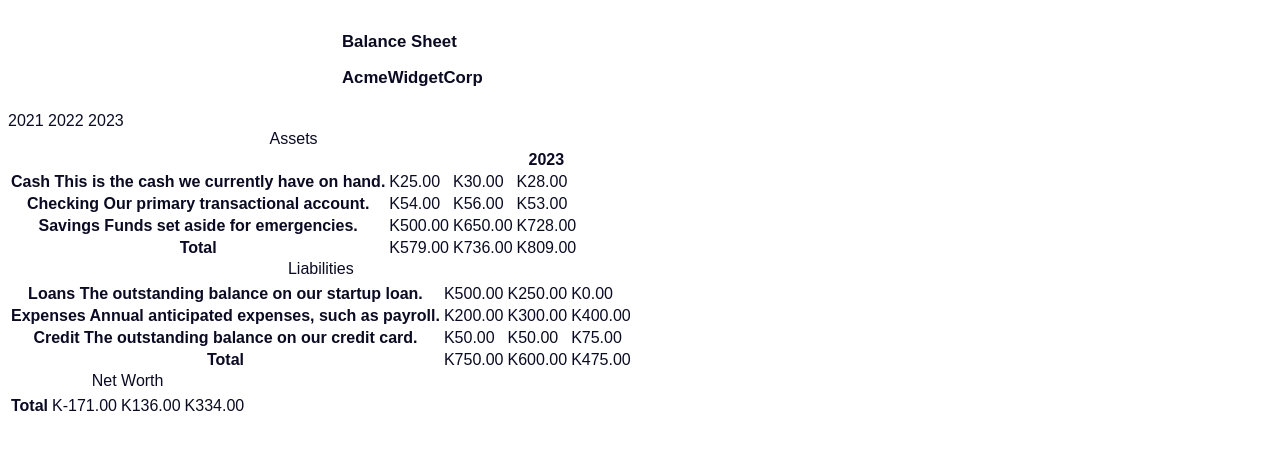
Repository: Lungdjos/balance_shee
Page: index.html
These files come from the project's save history. The page is drawn as it stood at one moment and after a run of saves; the edit follows.
The browser window is 1280 px wide. The pictures show the whole page.

Above is the page before, as saved 2023-10-31 17:39:18.

### index.html
<!DOCTYPE html>
<html lang="en">

<head>
    <meta charset="UTF-8">
    <meta name="viewport" content="width=device-width, initial-scale=1.0">
    <title>Balance Sheet</title>
    <link rel="stylesheet" href="styles.css">
</head>

<body>
    <main>
        <section>
            <h1>
                <span class="flex">
                <span>AcmeWidgetCorp</span>
                <span>Balance Sheet</span>
                </span>
            </h1>
            <div id="years" aria-hidden="true">
                <span class="year">2021</span>
                <span class="year">2022</span>
                <span class="year">2023</span>
            </div>
            <div class="table-wrap">
                <table>
                    <caption>Assets</caption>
                    <thead>
                        <tr>
                            <td></td>
                            <th><span class="sr-only year">2021</span></th>
                            <th><span class="sr-only year">2022</span></th>
                            <th class="current"><span class="current">2023</span></th>
                        </tr>
                    </thead>
                    <tbody>
                        <tr class="data">
                            <th>
                                Cash <span class="description">This is the cash we currently have on hand.</span>
                            </th>
                            <td>K25.00</td>
                            <td>K30.00</td>
                            <td class="current">K28.00</td>
                        </tr>
                        <tr class="data">
                            <th>
                                Checking <span class="description">Our primary transactional account.</span>
                            </th>
                            <td>K54.00</td>
                            <td>K56.00</td>
                            <td class="current">K53.00</td>
                        </tr>
                        <tr class="data">
                            <th>
                                Savings <span class="description">Funds set aside for emergencies.</span>
                            </th>
                            <td>K500.00</td>
                            <td>K650.00</td>
                            <td class="current">K728.00</td>
                        </tr>
                        <tr class="total">
                            <th>
                                Total <span class="sr-only">Assets</span>
                            </th>
                            <td>K579.00</td>
                            <td>K736.00</td>
                            <td class="current">K809.00</td>
                        </tr>
                    </tbody>
                </table>
                <table>
                    <caption>Liabilities</caption>
                    <thead>
                        <tr>
                            <td></td>
                            <th><span class="sr-only">2021</span></th>
                            <th><span class="sr-only">2022</span></th>
                            <th><span class="sr-only">2023</span></th>
                        </tr>
                    </thead>
                    <tbody>
                        <tr class="data">
                            <th>
                                Loans <span class="description">The outstanding balance on our startup loan.</span>
                            </th>
                            <td>K500.00</td>
                            <td>K250.00</td>
                            <td class="current">K0.00</td>
                        </tr>
                        <tr class="data">
                            <th>
                                Expenses <span class="description">Annual anticipated expenses, such as payroll.</span>
                            </th>
                            <td>K200.00</td>
                            <td>K300.00</td>
                            <td class="current">K400.00</td>
                        </tr>
                        <tr class="data">
                            <th>
                                Credit <span class="description">The outstanding balance on our credit card.</span>
                            </th>
                            <td>K50.00</td>
                            <td>K50.00</td>
                            <td class="current">K75.00</td>
                        </tr>
                        <tr class="total">
                            <th>
                                Total <span class="sr-only">Liabilities</span>
                            </th>
                            <td>K750.00</td>
                            <td>K600.00</td>
                            <td class="current">K475.00</td>
                        </tr>
                    </tbody>
                </table>
                <table>
                    <caption>Net Worth</caption>
                    <thead>
                        <tr>
                            <td></td>
                            <th><span class="sr-only">2021</span></th>
                            <th><span class="sr-only">2022</span></th>
                            <th><span class="sr-only">2023</span></th>
                        </tr>
                    </thead>
                    <tbody>
                        <tr class="total">
                            <th>
                                Total <span class="sr-only">Net Worth</span>
                            </th>
                            <td>K-171.00</td>
                            <td>K136.00</td>
                            <td class="current">K334.00</td>
                        </tr>
                    </tbody>
                </table>
            </div>
        </section>
    </main>
</body>

</html>

</html>

</html>

### styles.css
/* general styling */

html {
    box-sizing: border-box;
}

body {
    font-family: sans-serif;
    color: #0a0a23;
}

span[class~="sr-only"] {
    border: 0;
    clip: rect(1px, 1px, 1px, 1px);
    clip-path: inset(50%);
    width: 1px;
    height: 1px;
    overflow: hidden;
    white-space: nowrap;
    position: absolute;
    padding: 0;
    margin: 1px;
}


/* table styling */

h1 {
    max-width: 37.25rem;
    margin: 0 auto;
    padding: 1.5rem 1.25rem;
}

h1 .flex {
    display: flex;
    flex-direction: column-reverse;
    gap: 1rem;
}

h1 .flex span:first-of-type {
    font-size: .7em;
}

h1 .flex span:last-of-type {
    font-size: .7em;
}

After the next 2 saves:
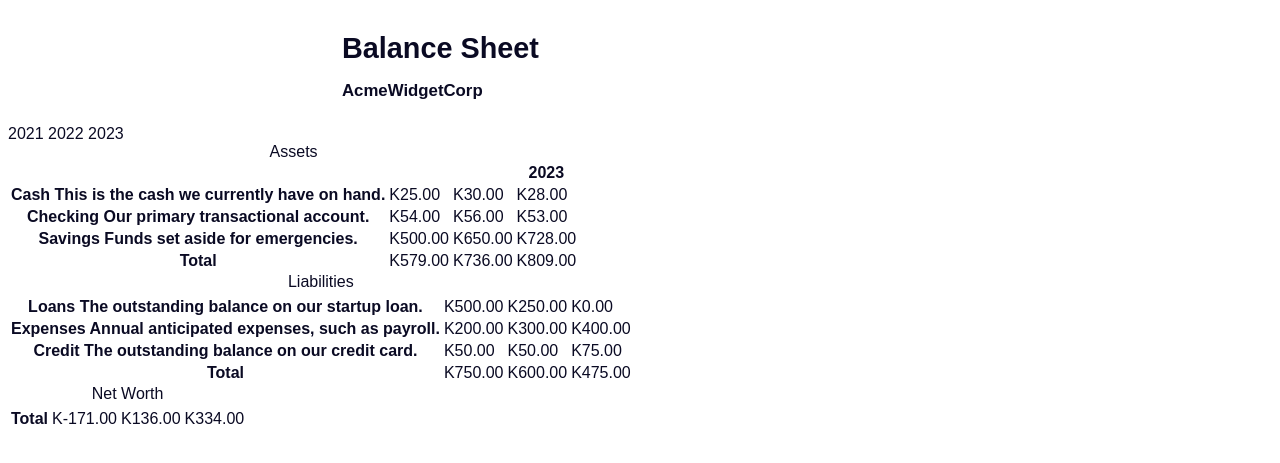
The 2 saves are shown as one change because they came seconds apart.
The last was saved 7 s later.
--- a/styles.css
+++ b/styles.css
@@ -42,5 +42,5 @@ h1 .flex span:first-of-type {
 }
 
 h1 .flex span:last-of-type {
-    font-size: .7em;
+    font-size: 1.2em;
 }
